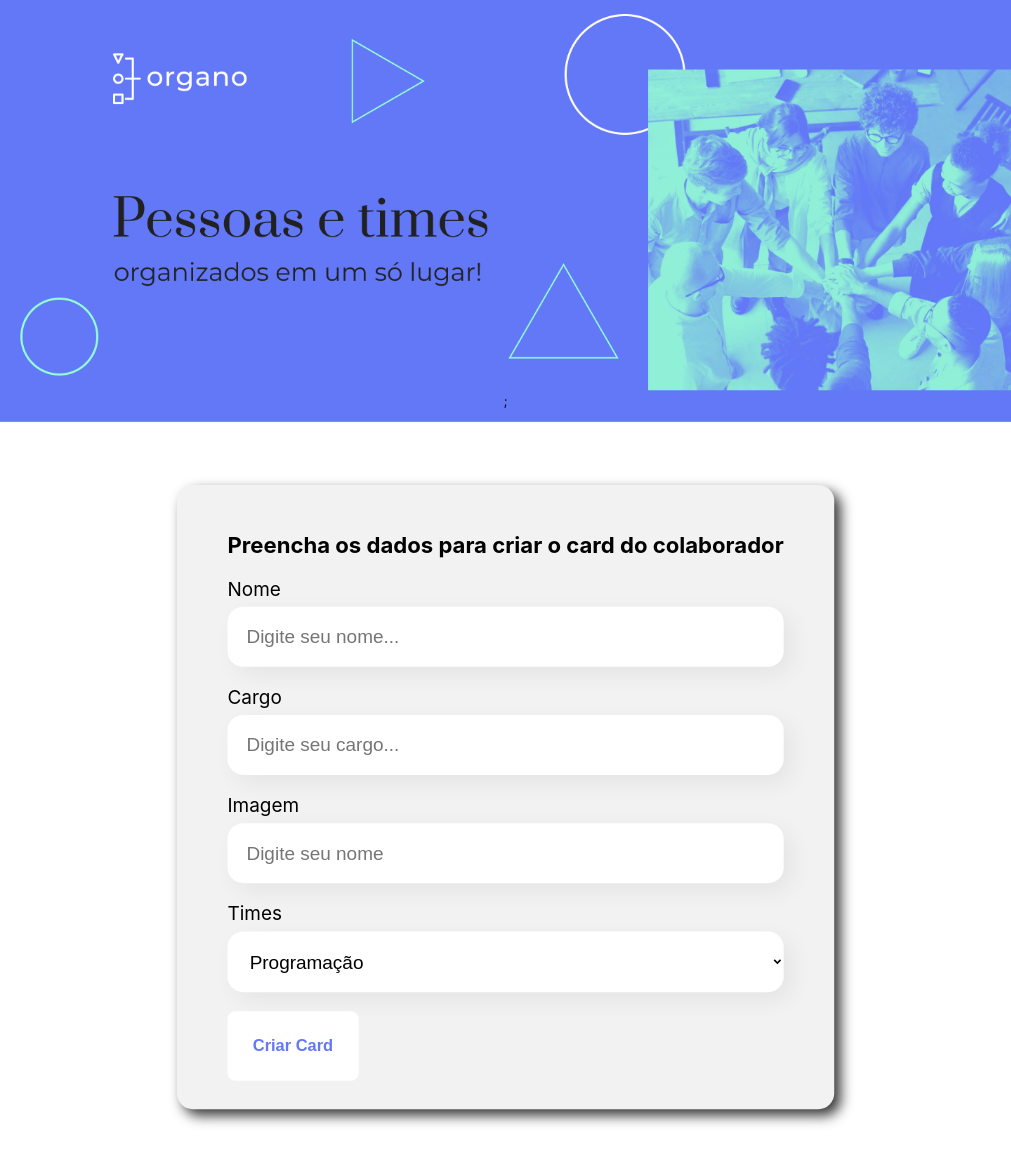
Repository: guilhermecardoso93/organo
Page: /
These files come from the project's save history. The page is drawn as it stood at one moment and after the next save; the edit follows.
The browser window is 1280 px wide. The pictures show the whole page, at 79% of full size.
The pointer rests on the first visible `button`.
The project was rebuilt for these pictures with package versions that can differ from the ones it lists, and the page was loaded fresh each time.

Above is the page before, as saved 2024-05-26 12:47:40.

After the next save:
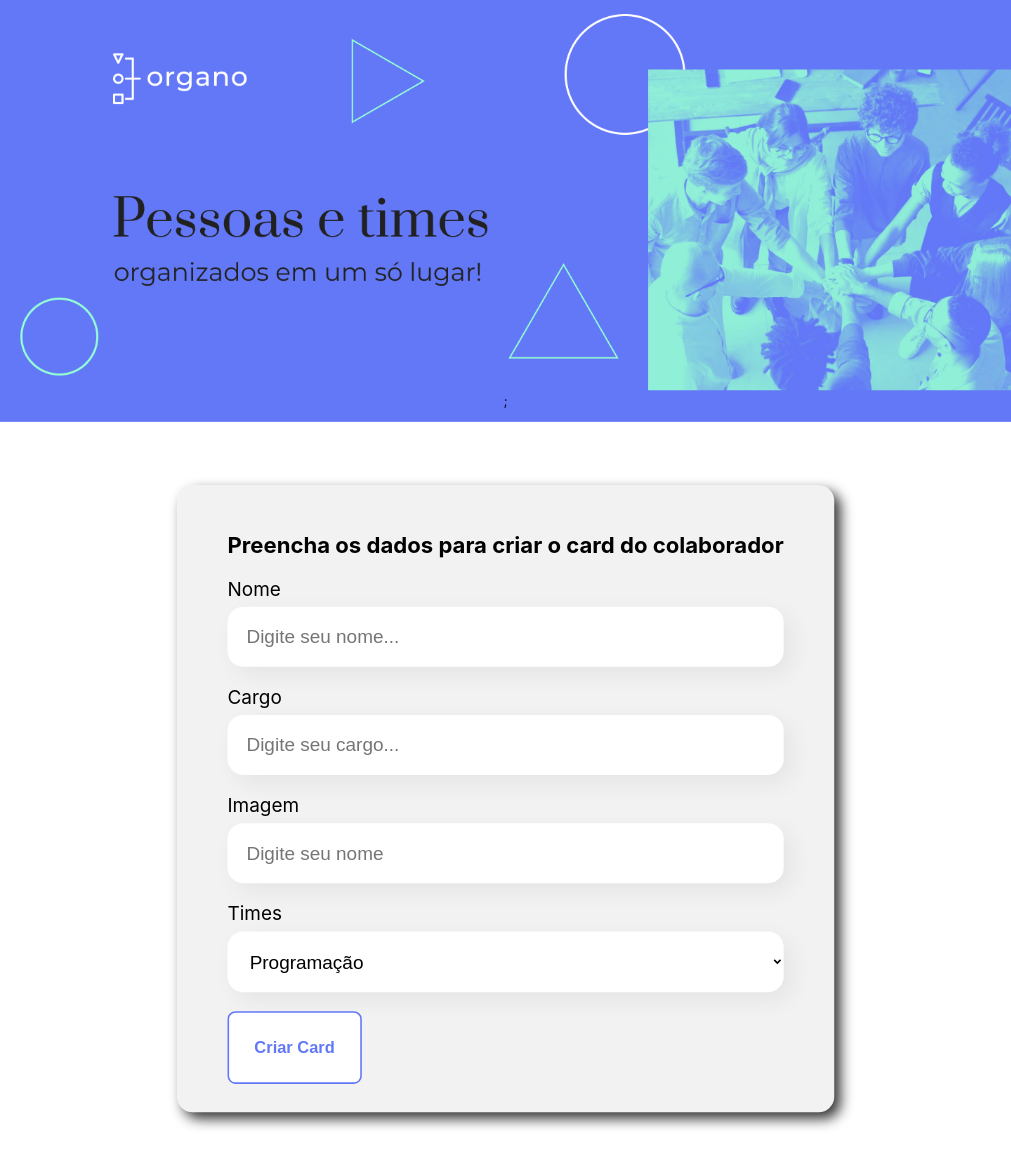
Saved 4 s later.
--- a/src/components/Button/styles.css
+++ b/src/components/Button/styles.css
@@ -12,5 +12,5 @@ button {
 button:hover {
   background-color: white;
   color: #6278f7;
-  border: 2px #6278f7;
+  border: 2px solid #6278f7;
 }
